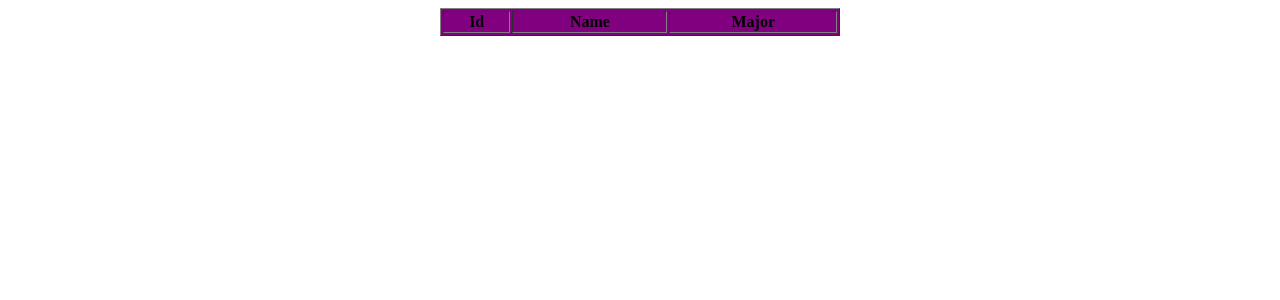
Repository: 1919satya/Mode2
Page: sample/sample/WebContent/table.html
An editor plug-in stored every save of this project. The page is shown before and after the next save, followed by the edit.
The browser window is 1280 px wide. The pictures show the whole page.

Above is the page before, as saved 2019-10-10 12:46:59.

### sample/sample/WebContent/table.html
<!DOCTYPE html>
<html>
<head>
<meta charset="ISO-8859-1">
<title>Insert title here</title>
</head>
<body>
<form action="">
 <table border="1" align="center" width="400" bgcolor="purple">

 <tr>

    <th>Id</th>
    <th>Name</th>
    <th>Major</th>
 </tr>


 </table>
</form>
</body>
</html>

After the next save:
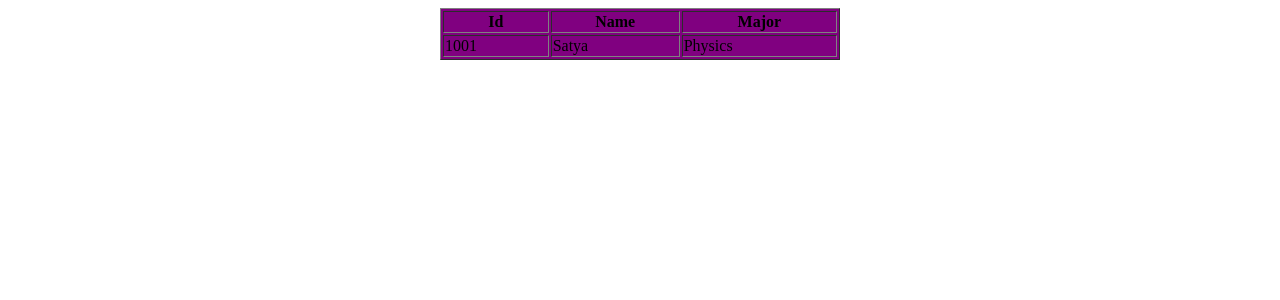
Saved 83 s later.
--- a/sample/sample/WebContent/table.html
+++ b/sample/sample/WebContent/table.html
@@ -14,6 +14,12 @@
     <th>Name</th>
     <th>Major</th>
  </tr>
+ <tr>
+
+    <td>1001</td>
+    <td>Satya</td>
+    <td>Physics</td>
+ </tr>
 
 
  </table>
